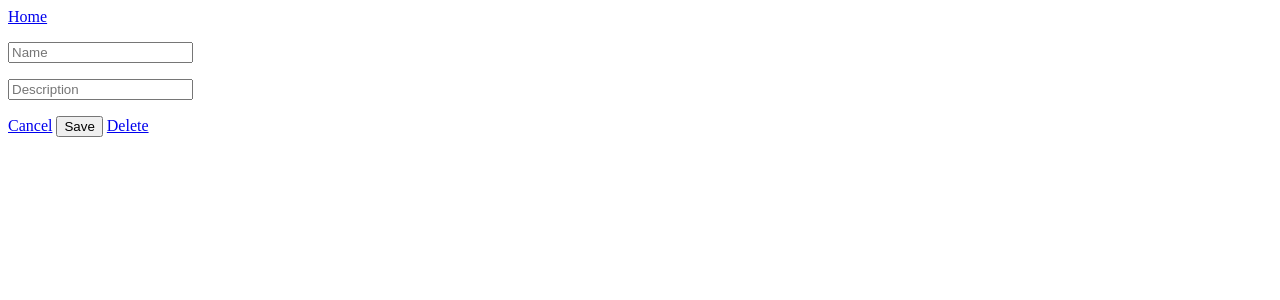
Repository: danjersoft/node_redis_angular
Page: client/app/Edit/edit.html
The author's editor kept a record of every edit. The page is drawn from the files as they stood at one moment, then again after the next edit.
The browser window is 1280 px wide. The pictures show the whole page.

Above is the page before.

### client/app/Edit/edit.html
<p><a href="#/" class="btn"><i class="icon-home"></i> Home</a>
</p>
<form ng-submit="save()">
    <p>
        <input type="text" class="span6" ng-model="student.name" placeholder="Name">
    </p>
    <p>
        <input type="text" class="span6" ng-model="student.description" placeholder="Description">
    </p>
    <p>
        <a href="#/" class="btn">Cancel</a>
        <input type="submit" class="span1 btn btn-primary" value="Save" ng-disabled="!student.description">
        <a href="#/delete/{{ student.id }}" ng-if="student.id" class="btn btn-danger">Delete</a>
    </p>
    <input type="hidden" ng-model="student.id" />
</form>

After the next edit:
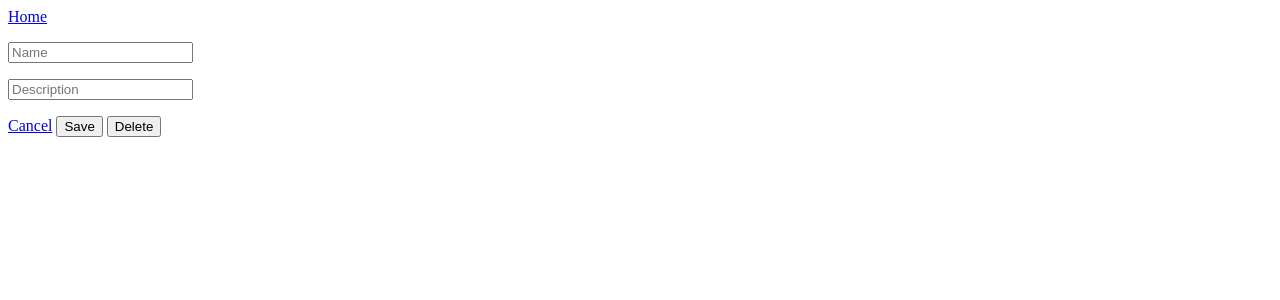
The edit:
--- a/client/app/Edit/edit.html
+++ b/client/app/Edit/edit.html
@@ -10,7 +10,7 @@
     <p>
         <a href="#/" class="btn">Cancel</a>
         <input type="submit" class="span1 btn btn-primary" value="Save" ng-disabled="!student.description">
-        <a href="#/delete/{{ student.id }}" ng-if="student.id" class="btn btn-danger">Delete</a>
+        <button class="btn btn-danger" ng-click="delete($event)" ng-if="student.id">Delete</button>
     </p>
     <input type="hidden" ng-model="student.id" />
 </form>
